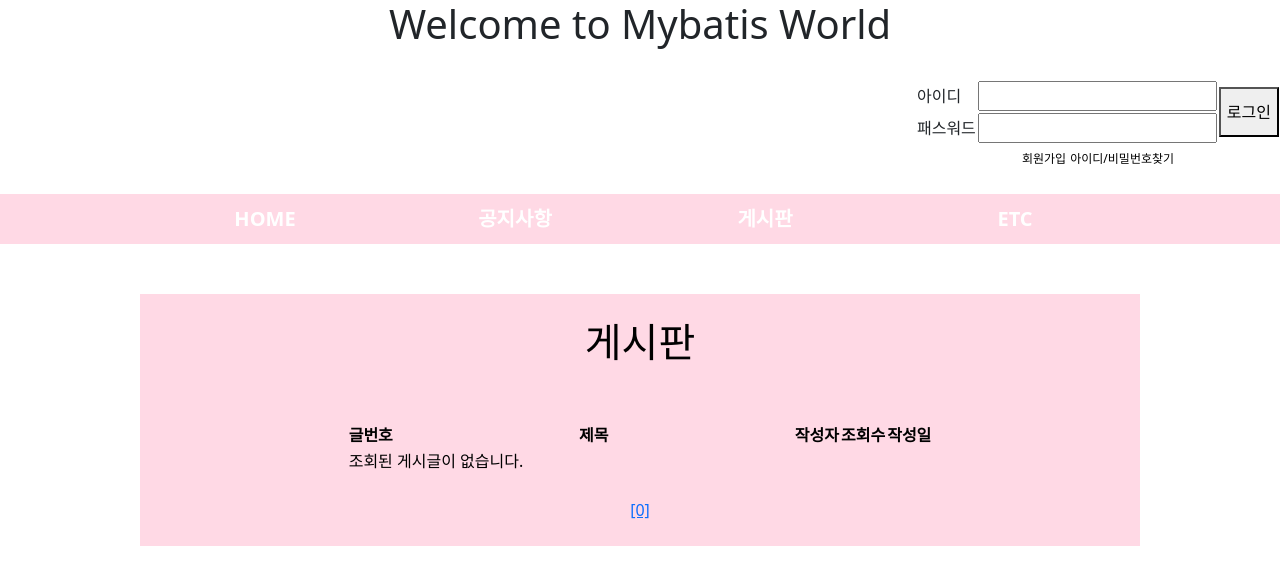
Repository: smjae96/Backup
Page: http://localhost/mybatisProject/WEB-INF/views/board/boardListView.jsp
The author's editor kept a copy of each file at every save. The page is drawn from the files as they stood at one save, then again after the next save.
The browser window is 1280 px wide. The pictures show the whole page.
The pointer rests on the first visible `tr`.
The page is served by Tomcat 9. Nobody is signed in. Other server files are loaded and not shown. The template is opened directly, without the code that normally fills it, so the values that code supplies are empty.

Above is the page before, as saved 2024-04-04 06:27:25.

### 6_mybatis/mybatisProject/webapp/WEB-INF/views/board/boardListView.jsp
<%@ page language="java" contentType="text/html; charset=UTF-8"
    pageEncoding="UTF-8"%>
<%@ taglib prefix="c" uri="http://java.sun.com/jsp/jstl/core"%>
<!DOCTYPE html>
<html>
<head>
<meta charset="UTF-8">
<title>Insert title here</title>
<style>
#list-area {
	color: black;
}

</style>
</head>
<body>
<jsp:include page="../common/menubar.jsp"/>
<div class="outer" align="center">
		<br>
		<h1 style="color: black;">게시판</h1>
		<br>

		<div id="search-area">
		</div>
		<br>

		<table id="list-area">
			<thead align="center">
				<tr>
					<th>글번호</th>
					<th width="400">제목</th>
					<th>작성자</th>
					<th>조회수</th>
					<th>작성일</th>
				</tr>
			</thead>
			<tbody>
				<c:choose>
				<c:when test="${not empty list }">
				<c:forEach var="b" items="${list }">
				<tr align="center">
					<td>${b.boardNo }</td>
					<td>${b.boardTitle }</td>
					<td>${b.boardWriter }</td>
					<td>${b.count }</td>
					<td>${b.createDate }</td>
				</tr>
				</c:forEach>
				</c:when>
				<c:otherwise>
					<tr>
						<td colspan="5">조회된 게시글이 없습니다.</td>
					</tr>
				</c:otherwise>
				</c:choose>
			</tbody>

		</table>
		<br>

		<div id="paging-area">
		<c:if test='${pi.currentPage > 1 }'>
			<a href="list.bo?cpage=${pi.currentPage - 1}">[이전]</a>
		</c:if>
			<c:forEach var="i" begin="${pi.startPage }" end="${pi.endPage }">
			<c:choose>
			<c:when test='${pi.currentPage eq i }'>
			<a href="list.bo?cpage=${i }" onclick="return(false)">[${i}]</a>
			</c:when>
			<c:otherwise>
			<a href="list.bo?cpage=${i }">[${i}]</a>
			</c:otherwise>
			</c:choose>
			</c:forEach>
		<c:if test='${pi.currentPage < pi.maxPage }'>
			<a href="list.bo?cpage=${pi.currentPage +1 }">[다음]</a>
		</c:if>
		</div>
		<br>
</div>
</body>
<script>
					$(function() {
						$("#list-area>tbody>tr").click(function(){
							location.href= 'detail.bo?bno=' + $(this).children().eq(0).text();
						});
					});
</script>
</html>

### 6_mybatis/mybatisProject/webapp/WEB-INF/views/common/menubar.jsp
<%@ page language="java" contentType="text/html; charset=UTF-8"
    pageEncoding="UTF-8"%>
<%@ taglib prefix="c" uri="http://java.sun.com/jsp/jstl/core"%>
<!DOCTYPE html>
<html>
<head>
<meta charset="UTF-8">
<title>mybatis</title>
<style>
    .login-area a {
        text-decoration: none;
        color: black;
        font-size: 12px;
    }

    .nav-area {
        background: #ffd9e5; color: white; height: 50px;
    }
    .menu {
        display: table-cell; width: 250px; height: 50px; vertical-align: middle;
        font-size: 20px; font-weight: bold;
    }
    .menu:hover {
        background: rgb(245, 245, 151);
        cursor: pointer;
    }
    /* 공통적으로 사용되는 css */
    .outer {
        width: 1000px;
        background: #ffd9e5;
        color: white;
        margin: auto;
        margin-top: 50px;
    }
</style>
<!-- jQuery -->
<script src="https://code.jquery.com/jquery-3.7.1.min.js"
	integrity="sha256-/JqT3SQfawRcv/BIHPThkBvs0OEvtFFmqPF/lYI/Cxo="
	crossorigin="anonymous">
</script>
<!-- bootstrap CSS -->
<link
	href="https://cdn.jsdelivr.net/npm/bootstrap@5.3.3/dist/css/bootstrap.min.css"
	rel="stylesheet"
	integrity="sha384-QWTKZyjpPEjISv5WaRU9OFeRpok6YctnYmDr5pNlyT2bRjXh0JMhjY6hW+ALEwIH"
	crossorigin="anonymous">
<!-- bootstrap JS -->
<script
	src="https://cdn.jsdelivr.net/npm/bootstrap@5.3.3/dist/js/bootstrap.bundle.min.js"
	integrity="sha384-YvpcrYf0tY3lHB60NNkmXc5s9fDVZLESaAA55NDzOxhy9GkcIdslK1eN7N6jIeHz"
	crossorigin="anonymous"></script>
</head>
<body>
	<c:if test="${alertMsg != null }">
		<script>
			alert("${alertMsg}")
		</script>
		<c:remove var="alertMsg" scope="session" />
	</c:if>
    <h1 align="center">Welcome to Mybatis World</h1>
    <br>
    <div class="login-area" align="right">
        <!-- 로그인 전 표시할 부분-->
        <!-- choose-when-otherwise 쓸 때는 그 내부에 주석이 들어가면 안됨. -->
        <c:choose>
			<c:when test="${loginUser == null}">
        <form action="login.me" method="post">
            <table>
                <tr>
                    <td>아이디</td>
                    <td><input type="text" name="userId"></td>
                    <td rowspan="2">
                        <button type="submit" style="height: 50px;">로그인</button>
                    </td>
                </tr>
                <tr>
                    <td>패스워드</td>
                    <td><input type="password" name="userPwd"></td>
                </tr>
                <tr>
                    <td colspan="3" align="center">
                        <a href="enrollForm.me">회원가입</a>
                        <a href="">아이디/비밀번호찾기</a>
                    </td>
                </tr>
            </table>
        </form>
        </c:when>
        <c:otherwise>
        <div>
            <table>
                <tr>
                    <td colspan="2">
                        <h3>${loginUser.userName }님 환영합니다^^</h3>
                    </td>
                </tr>
                <tr align="center">
                    <td><a href="mypage.me">마이페이지</a></td>
                    <td><a href="logout.me">로그아웃</a></td>
                </tr>
            </table>
        </div>
        </c:otherwise>
    </c:choose>
    </div>

    <br>
    <div class="nav-area" align="center">
        <div class="menu">HOME</div>
        <div class="menu">공지사항</div>
        <div class="menu" onclick="board()">게시판</div>
        <div class="menu">ETC</div>
    </div>
</body>
<script>
	function board() {
		location.href = "list.bo?cpage=1";
	}
</script>
</html>

After the next save:
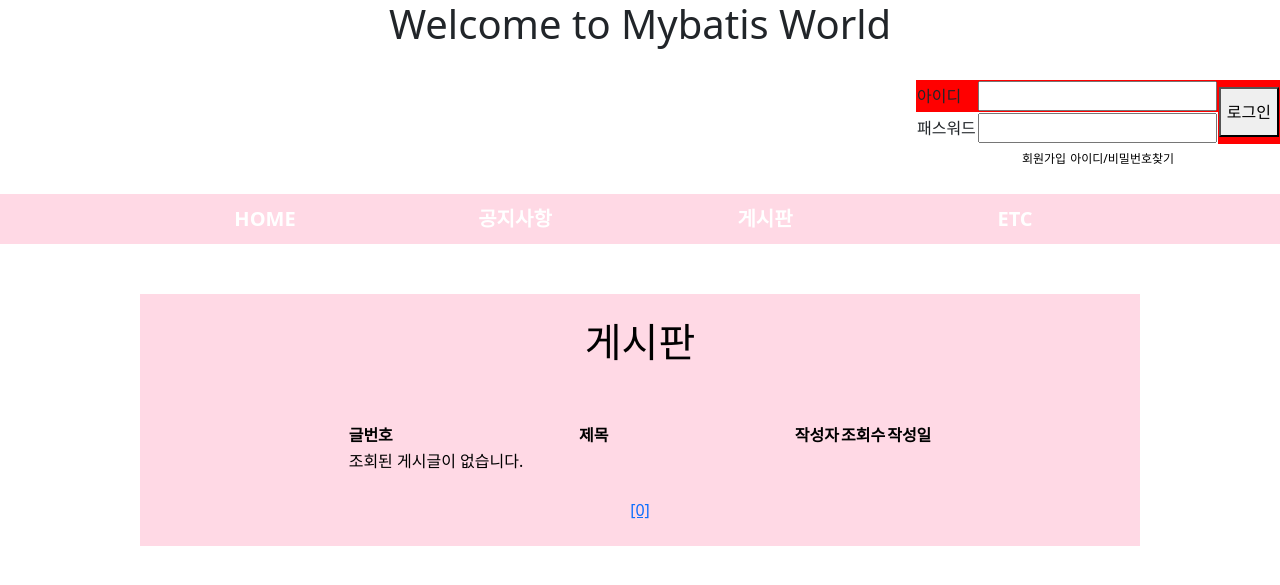
Saved 2 min 20 s later.
--- a/6_mybatis/mybatisProject/webapp/WEB-INF/views/board/boardListView.jsp
+++ b/6_mybatis/mybatisProject/webapp/WEB-INF/views/board/boardListView.jsp
@@ -9,6 +9,10 @@
 <style>
 #list-area {
 	color: black;
+}
+tr:hover {
+	background: red;
+	cursor:pointer;
 }
 
 </style>
